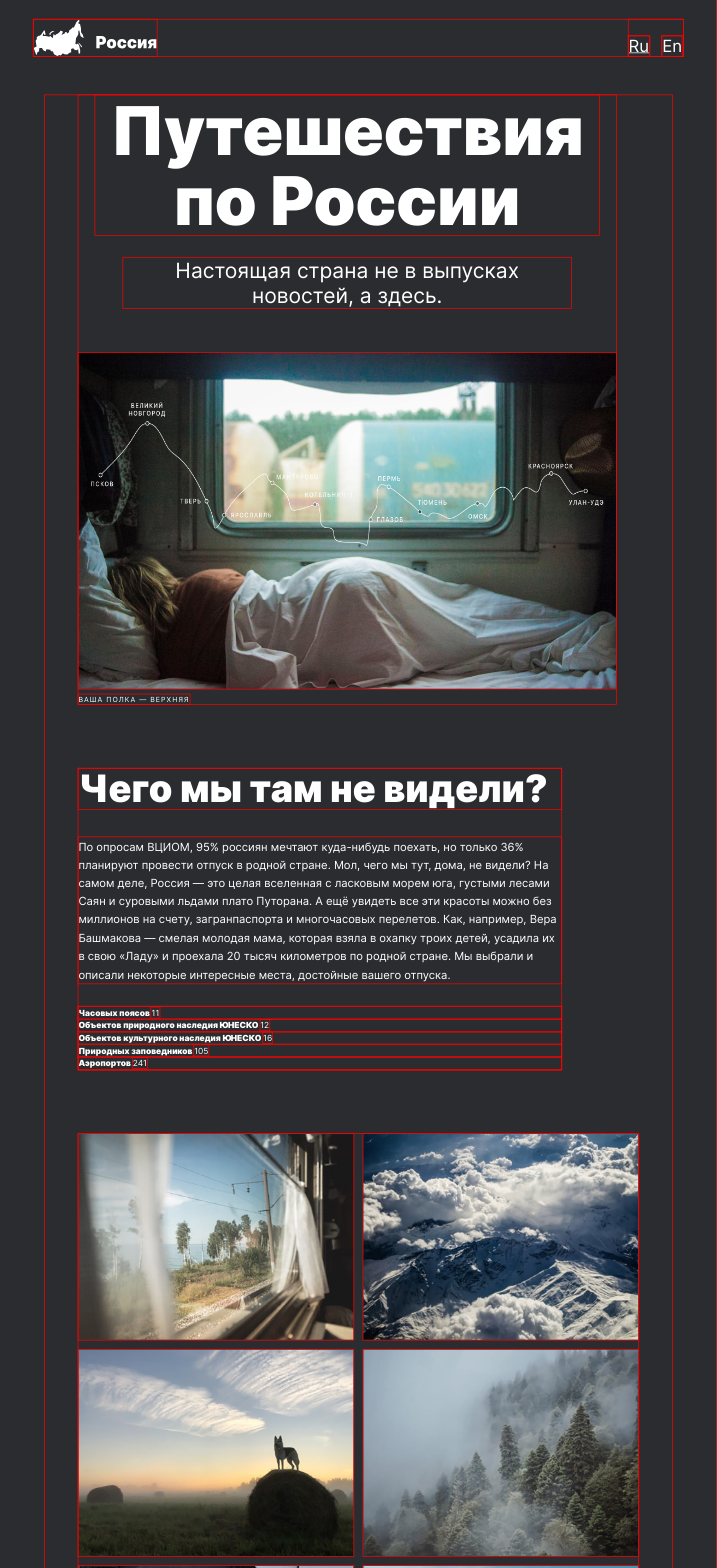
Repository: 89373611988/russia-travel
Page: index.html
An editor plug-in stored every save of this project. The page is shown before and after a run of saves, followed by the edit.
The browser window is 1024 px wide. The pictures show the part of the page from y = 0 to 2240 px (the page is 10651 px tall before and 7896 px after), at 70% of full size.

Above is the page before, as saved 2021-12-22 21:28:29.

After the next 2 saves:
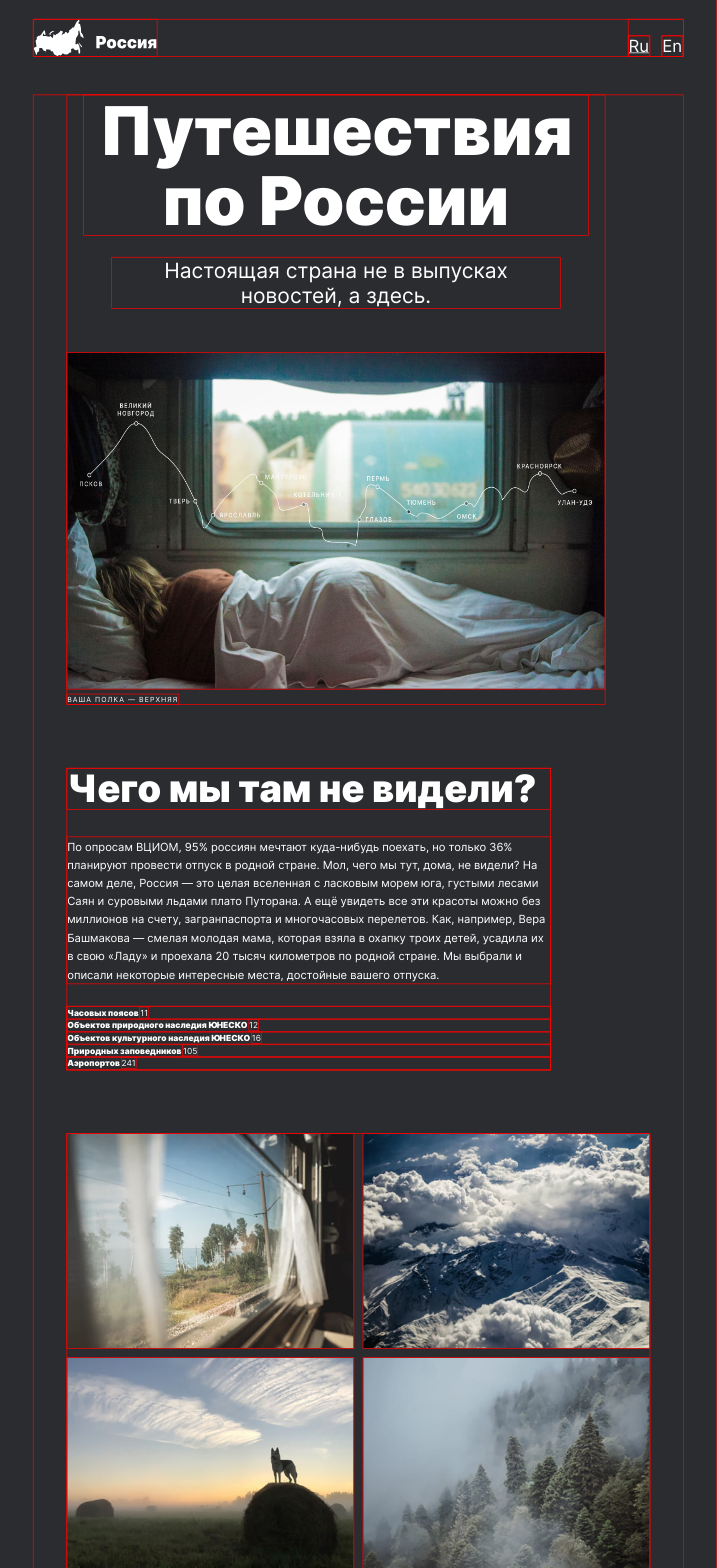
The 2 saves are shown as one change because they came seconds apart.
The last was saved 14 s later.
--- a/blocks/place/place.css
+++ b/blocks/place/place.css
@@ -14,8 +14,8 @@
 
 @media (max-width: 1024px) {
   .place {
-    grid-template-columns: minmax(288px, 460px);
-    grid-column-gap: 32px;
+    grid-column-gap: 40px;
+    grid-row-gap: 48px;
   }
 }
 
